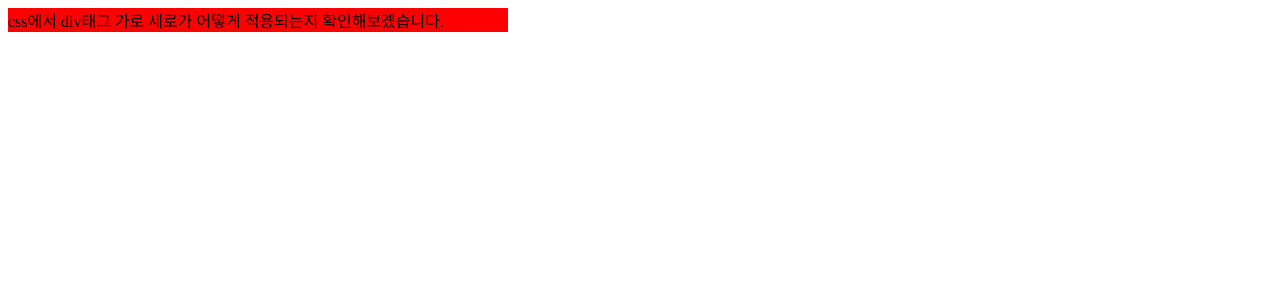
Repository: jeemaru/htme_01
Page: css_02/ex_01.html
The author's editor kept a copy of each file at every save. The page is drawn from the files as they stood at one save, then again after the next save.
The browser window is 1280 px wide. The pictures show the whole page.

Above is the page before, as saved 2022-04-07 01:04:26.

After the next save:
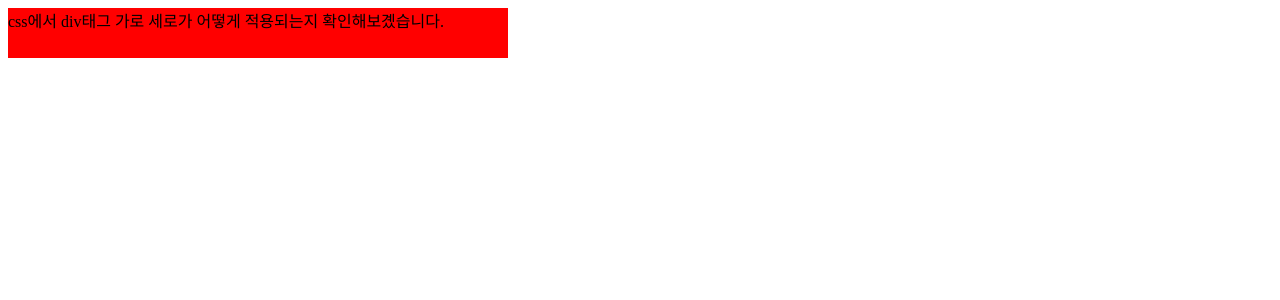
Saved 72 s later.
--- a/css_02/ex_01.html
+++ b/css_02/ex_01.html
@@ -9,7 +9,8 @@
         <style>
 
         	.box-red {background-color: #ff0000;
-        			  width: 500px;}
+        			  width: 500px;
+        			  height: 50px;}
 
 
         </style>
